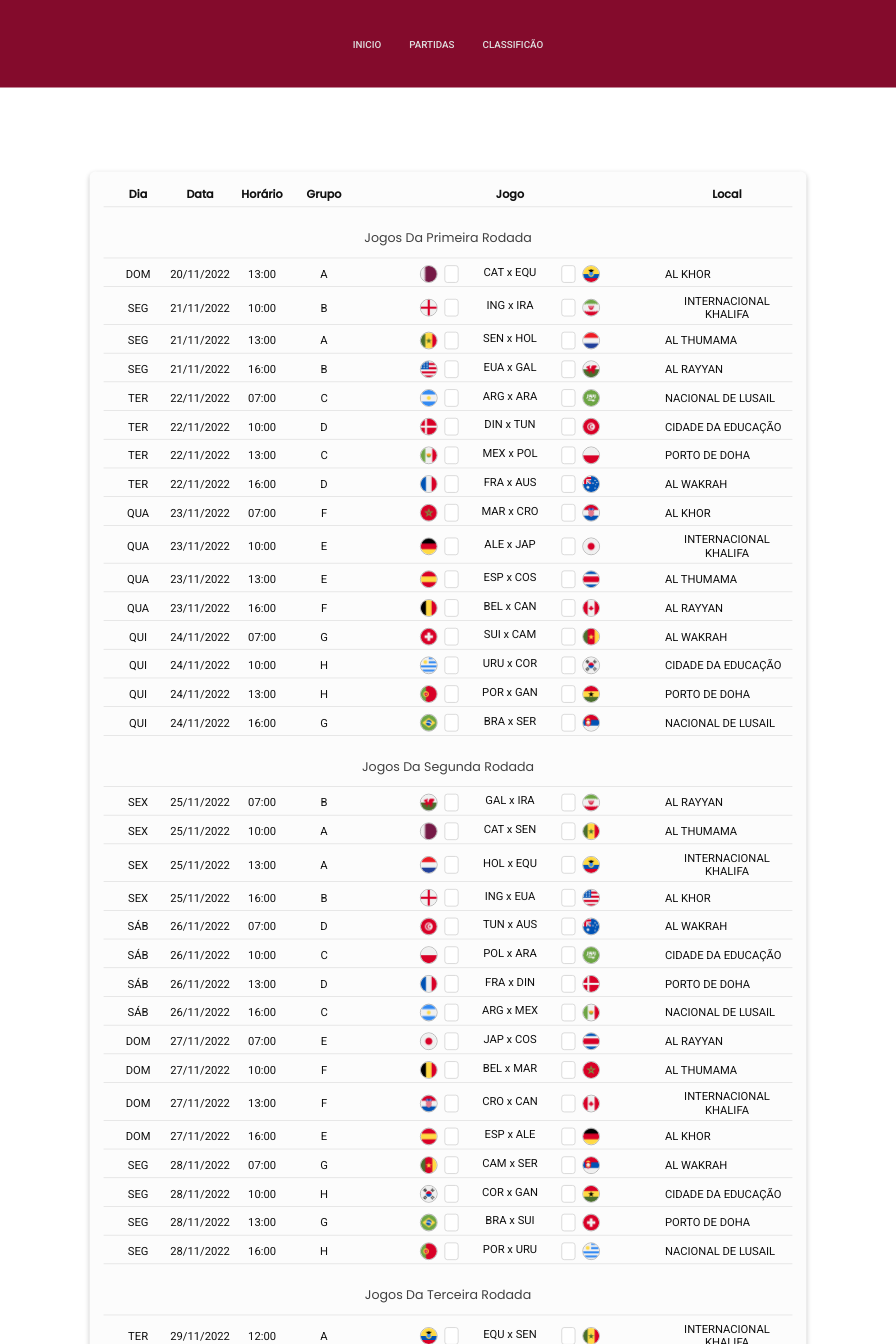
Repository: mayconndouglass/cup-simulator
Page: index.html
The author's editor kept a copy of each file at every save. The page is drawn from the files as they stood at one save, then again after the next save.
The browser window is 1280 px wide. The pictures show the part of the page from y = 0 to 1920 px (the page is 3050 px tall before and 3215 px after), at 70% of full size.

Above is the page before, as saved 2023-01-10 09:30:07.

After the next save:
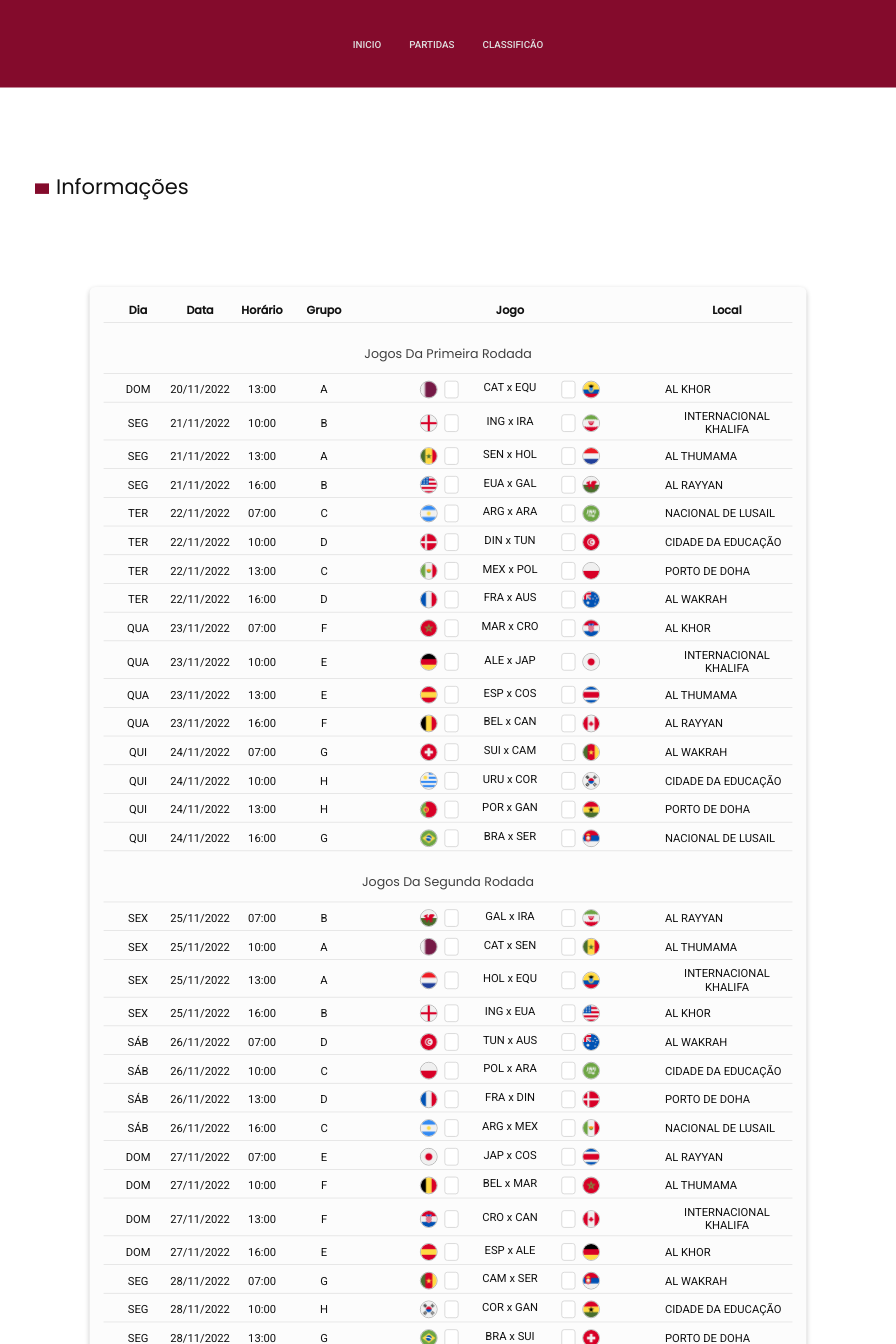
Saved 50 s later.
--- a/index.html
+++ b/index.html
@@ -23,7 +23,9 @@
   </header>
 
   <section class="container-table">
-
+    <section class="principal-title">
+      <h1>Informações</h1>
+    </section>
     <section class="table-games">
       <div class="game title">
         <span>Dia</span>
